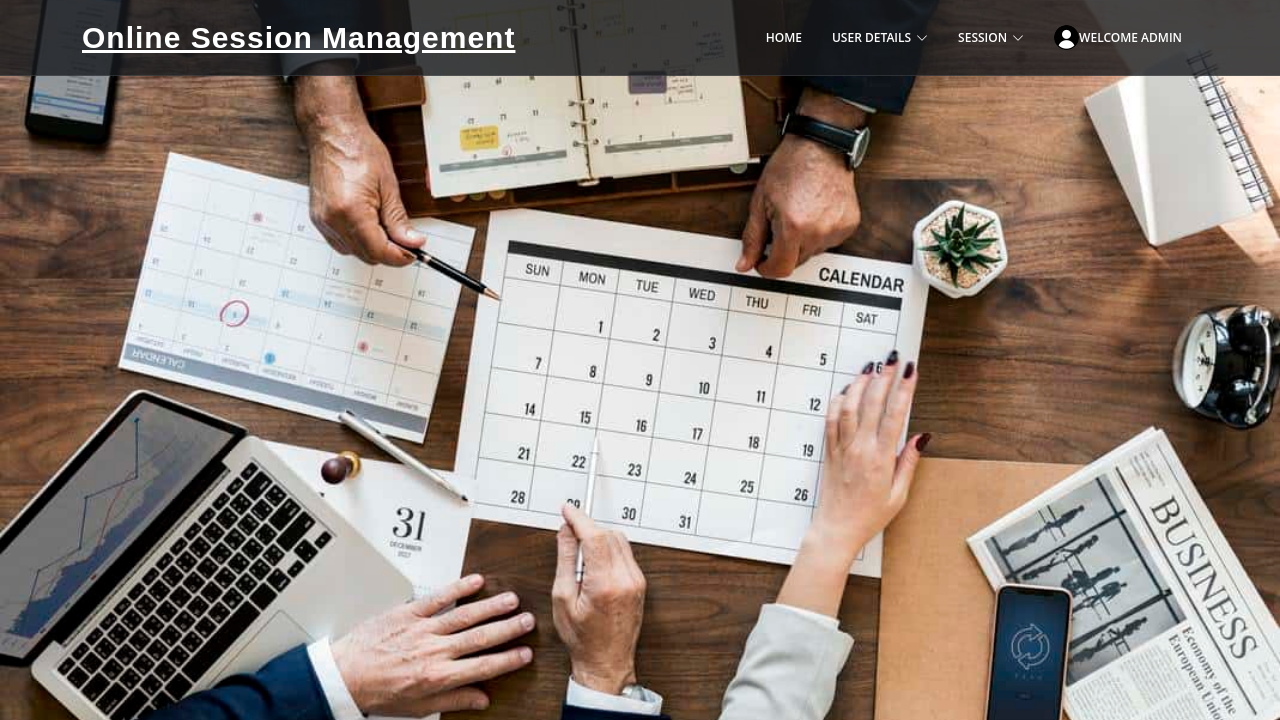
Repository: MohammadShadab08/Session-Management
Page: http://localhost/MeetingApplication/AdminHomePage.jsp
The author's editor kept a copy of each file at every save. The page is drawn from the files as they stood at one save, then again after the next save.
The browser window is 1280 px wide. The pictures show the whole page.
The page is served by Tomcat 9.

Above is the page before, as saved 2023-08-28 20:37:07.

After the next save:
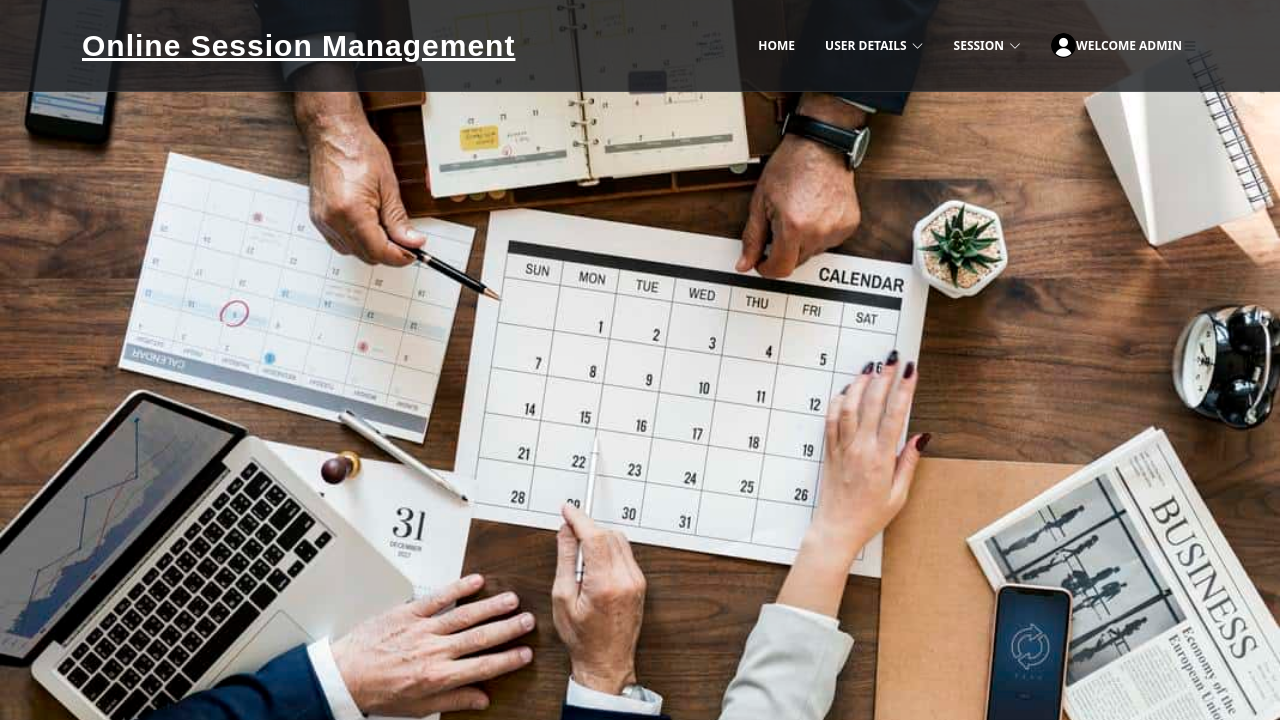
Saved 6 s later.
--- a/Online Session Management/MeetingApplication/WebContent/AdminHomePage.jsp
+++ b/Online Session Management/MeetingApplication/WebContent/AdminHomePage.jsp
@@ -8,12 +8,12 @@
   <meta content="" name="description">
   <meta content="" name="keywords">
 
+  <!-- Main CSS File -->
+  <link href="assets/css/style.css" rel="stylesheet">
   <!-- CSS Files -->
   <link href="assets/vendor/bootstrap/css/bootstrap.min.css" rel="stylesheet">
   <link href="assets/vendor/bootstrap-icons/bootstrap-icons.css" rel="stylesheet">
 
-  <!-- Main CSS File -->
-  <link href="assets/css/style.css" rel="stylesheet">
 
 
 </head>
